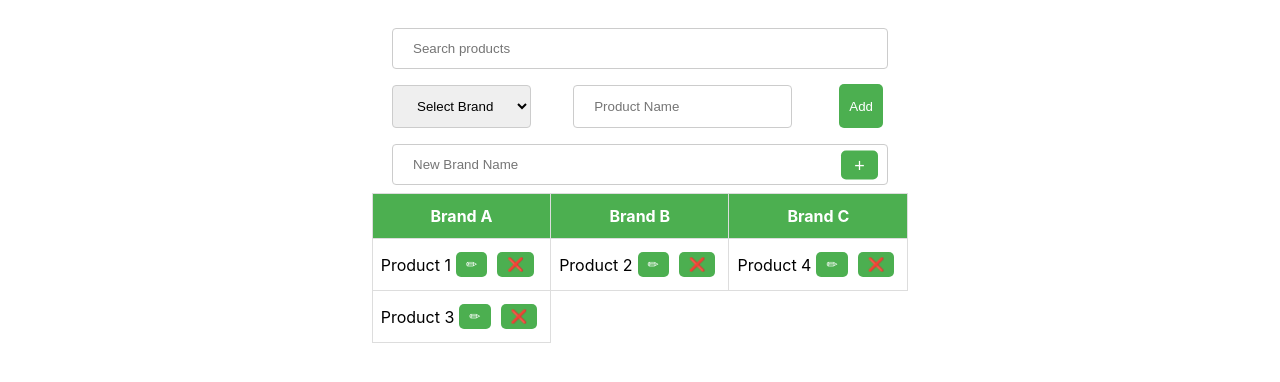
Repository: sunilkc-7/product-manager-app
Page: /
The author's editor kept a copy of each file at every save. The page is drawn from the files as they stood at one save, then again after the next save.
The browser window is 1280 px wide. The pictures show the whole page.
The project was rebuilt for these pictures with package versions that can differ from the ones it lists, and the page was loaded fresh each time.

Above is the page before, as saved 2023-08-02 21:44:16.

After the next save:
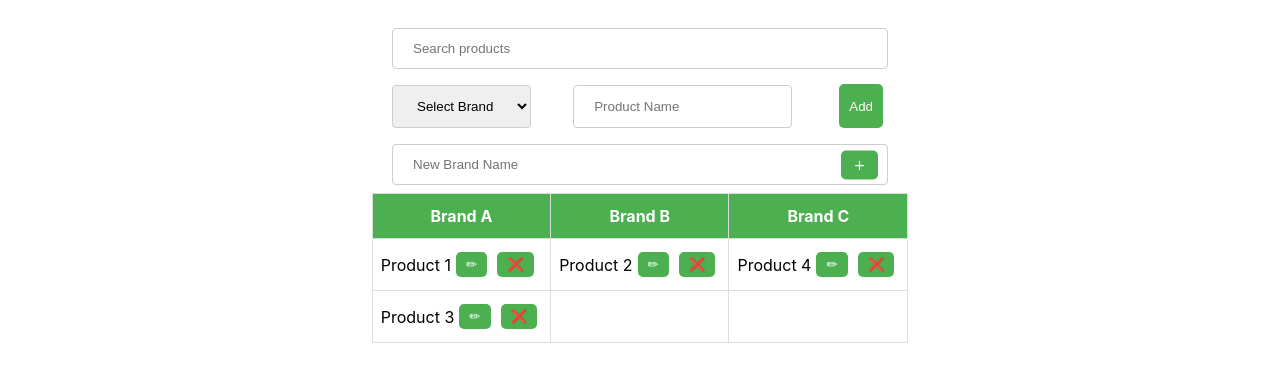
Saved 96 s later.
--- a/src/App.js
+++ b/src/App.js
@@ -1,4 +1,4 @@
-import React, { useState, useEffect } from "react";
+import React, { useState } from "react";
 import "./App.css";
 import data from "./data/data.json";
 
@@ -11,29 +11,12 @@
   const [newBrandName, setNewBrandName] = useState("");
   const [currentBrand, setCurrentBrand] = useState("");
   const [editedName, setEditedName] = useState("");
-  const [brandNames, setBrandNames] = useState([]);
-
-  useEffect(() => {
-    setBrandNames([...Array.from(new Set(products.map((p) => p.brand)))]);
-  }, [products]);
-
-  const addBrand = () => {
-    if (newBrandName) {
-      setBrandNames([newBrandName, ...brandNames]);
-      console.log(brandNames, "brandNames");
-      setNewBrandName("");
-    }
-  };
 
   const addProduct = () => {
-    if ((currentBrand || newBrandName) && productName) {
+    if (currentBrand && productName) {
       setProducts([
         ...products,
-        {
-          brand: currentBrand,
-          name: productName,
-          isEditing: false,
-        },
+        { brand: currentBrand, name: productName, isEditing: false },
       ]);
       setProductName("");
     }
@@ -62,11 +45,21 @@
     );
   };
 
+  const addBrandName = () => {
+    if (newBrandName) {
+      setProducts([
+        ...products,
+        { brand: newBrandName, name: "", isEditing: false },
+      ]);
+      setNewBrandName("");
+    }
+  };
+
+  const brandNames = Array.from(new Set(products.map((p) => p.brand)));
+
   const filteredProducts = products.filter((product) =>
     product.name.toLowerCase().includes(search.toLowerCase())
   );
-
-  console.log(filteredProducts, "filtered product");
 
   const maxProductsInBrand = brandNames.reduce((max, brandName) => {
     const relatedProducts = filteredProducts.filter(
@@ -83,49 +76,53 @@
         value={search}
         onChange={(e) => setSearch(e.target.value)}
         placeholder="Search products"
-      />
+      />{" "}
       <div className="select-container">
+        {" "}
         <select
           style={{ maxHeight: "100px", overflow: "auto" }}
           onChange={(e) => setCurrentBrand(e.target.value)}
         >
-          <option value="">Select Brand</option>
+          {" "}
+          <option value="">Select Brand</option>{" "}
           {brandNames.map((brandName, index) => (
             <option key={index} value={brandName}>
-              {brandName}
+              {" "}
+              {brandName}{" "}
             </option>
-          ))}
-        </select>
-
+          ))}{" "}
+        </select>{" "}
         <input
           type="text"
           placeholder="Product Name"
           value={productName}
           onChange={(e) => setProductName(e.target.value)}
-        />
+        />{" "}
         <button className="buttonContainer" onClick={addProduct}>
-          Add
-        </button>
-      </div>
+          {" "}
+          Add{" "}
+        </button>{" "}
+      </div>{" "}
       <div className="inputContainer">
+        {" "}
         <input
           className="inputWithButton"
           type="text"
           placeholder="New Brand Name"
           value={newBrandName}
           onChange={(e) => setNewBrandName(e.target.value)}
-        />
-        <button className="insideButton" onClick={addBrand}>
-          +
-        </button>
+        />{" "}
+        <button className="insideButton" onClick={addBrandName}>
+          {" "}
+          +{" "}
+        </button>{" "}
       </div>
       <table>
         <thead>
           <tr>
-            {brandNames.map((brandName) => {
-              console.log(brandNames, "brandname");
-              return <th key={brandName}>{brandName}</th>;
-            })}
+            {brandNames.map((brandName) => (
+              <th key={brandName}>{brandName}</th>
+            ))}
           </tr>
         </thead>
         <tbody>
@@ -137,40 +134,32 @@
                   .sort((a, b) => a.name.localeCompare(b.name));
 
                 const product = relatedProducts[i];
-                return (
-                  product &&
-                  product.name && (
-                    <td key={product.name}>
-                      <div style={{ display: "flex", alignItems: "center" }}>
-                        {product.isEditing ? (
-                          <input
-                            value={editedName}
-                            onChange={(e) => setEditedName(e.target.value)}
-                          />
-                        ) : (
-                          <div style={{ whiteSpace: "nowrap" }}>
-                            {product.name}
-                          </div>
-                        )}
-                        {product.isEditing ? (
-                          <button onClick={() => updateProduct(product)}>
-                            Save
-                          </button>
-                        ) : (
-                          <button onClick={() => editProduct(product)}>
-                            ✏
-                          </button>
-                        )}
-                        <button onClick={() => deleteProduct(product)}>
-                          ❌
+                return product ? (
+                  <td key={product.name}>
+                    <div style={{ display: "flex", alignItems: "center" }}>
+                      {product.isEditing ? (
+                        <input
+                          value={editedName}
+                          onChange={(e) => setEditedName(e.target.value)}
+                        />
+                      ) : (
+                        <div style={{ whiteSpace: "nowrap" }}>
+                          {product.name}
+                        </div>
+                      )}
+                      {product.isEditing ? (
+                        <button onClick={() => updateProduct(product)}>
+                          Save
                         </button>
-                      </div>
-                    </td>
-                  )
+                      ) : (
+                        <button onClick={() => editProduct(product)}>✏</button>
+                      )}
+                      <button onClick={() => deleteProduct(product)}>❌</button>
+                    </div>
+                  </td>
+                ) : (
+                  <td key={brandName + i}></td>
                 );
-                // : (
-                //   <td key={brandName + i}></td>
-                // );
               })}
             </tr>
           ))}
